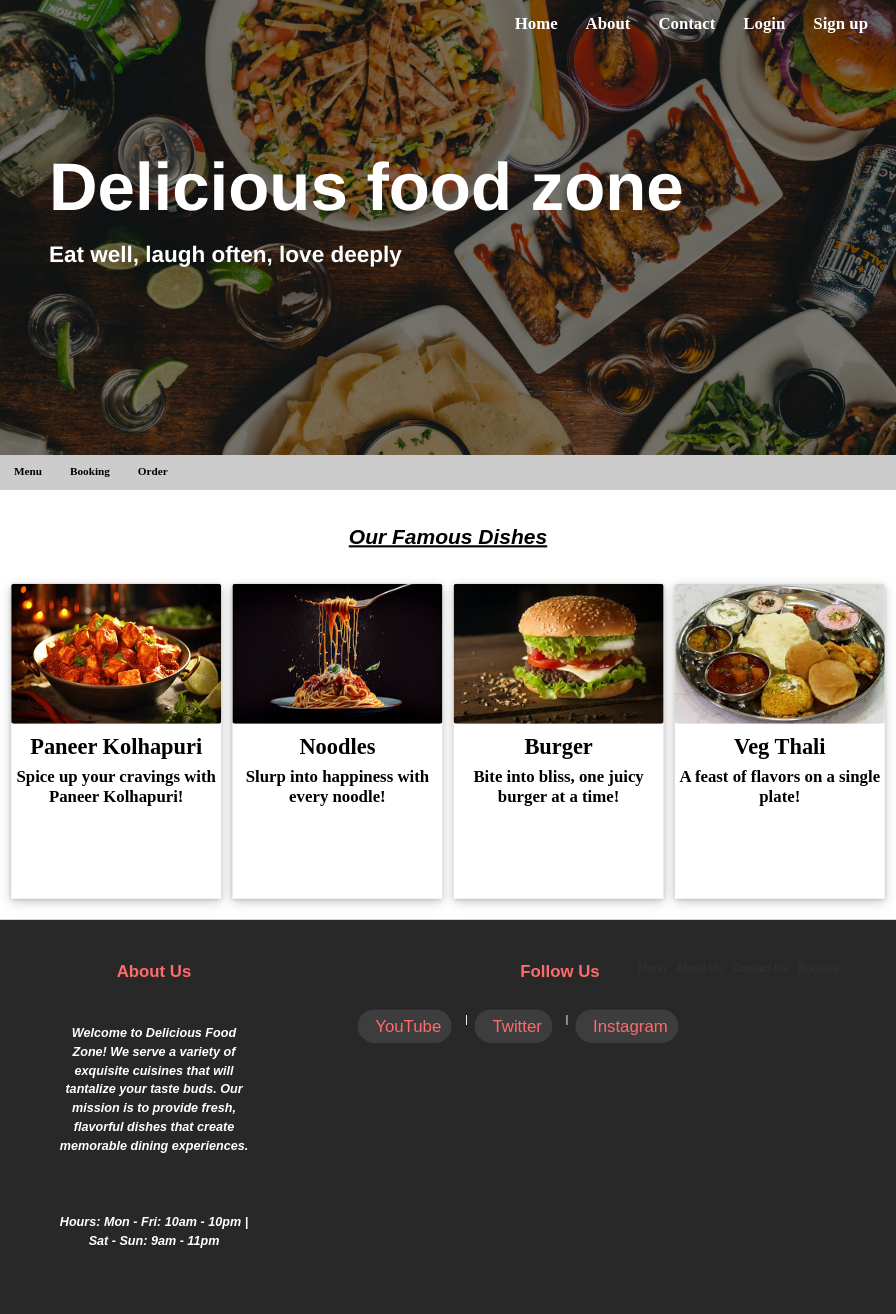
Repository: Shreya-Bonde/Restaurant-management-system
Page: index.html
An editor plug-in stored every save of this project. The page is shown before and after the next save, followed by the edit.
The browser window is 1280 px wide. The pictures show the whole page, at 70% of full size.

Above is the page before, as saved 2024-10-17 17:32:13.

After the next save:
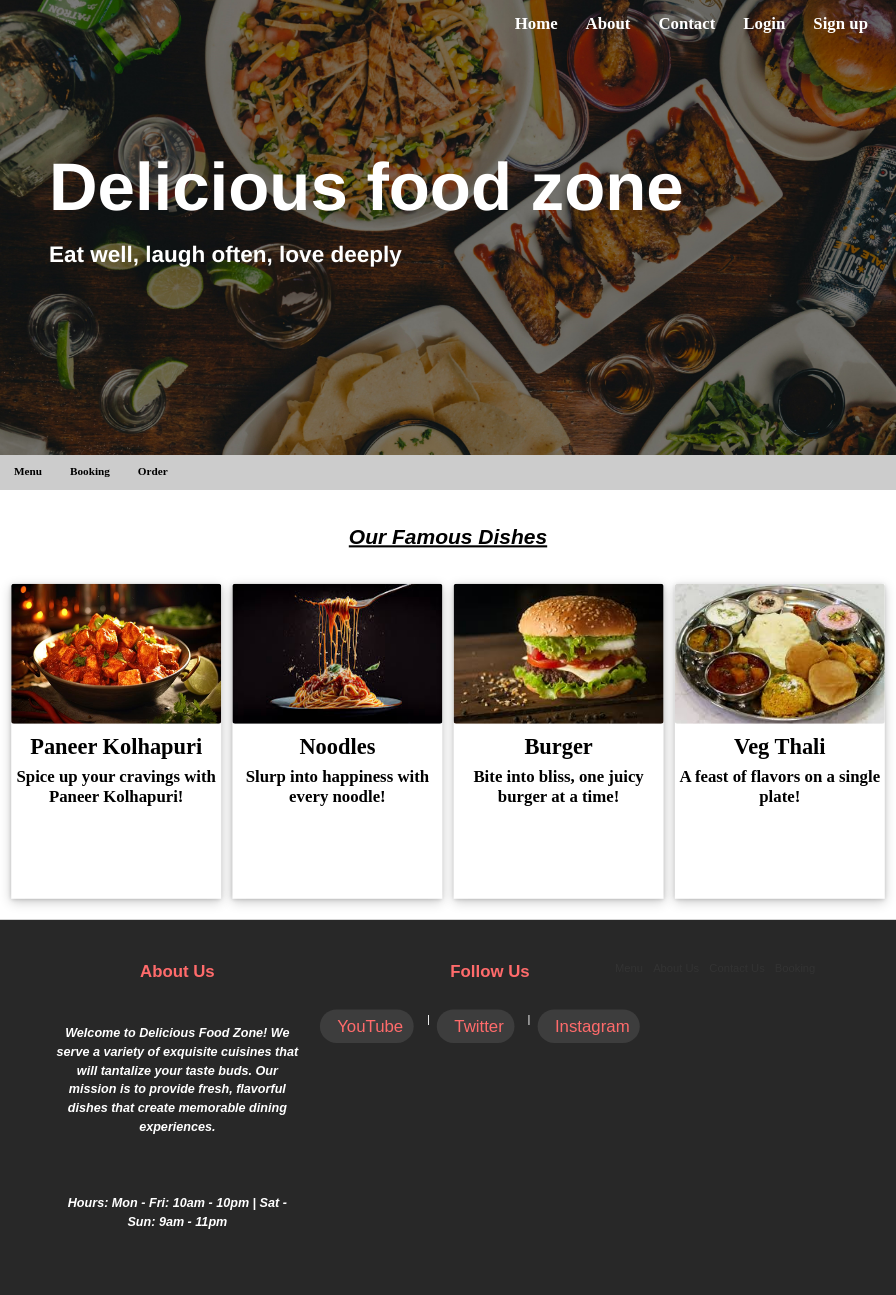
Saved 6 min 45 s later.
--- a/style.css
+++ b/style.css
@@ -191,7 +191,7 @@
 .footer-links a:hover {
     color: #007BFF; /* Hover effect on links */
 }
-.footer-social {
+/* .footer-social {
     margin-left: 200px; /* Adjust this value to shift further or less */
 }
 .footer-social .social-icons {
@@ -252,4 +252,4 @@
     margin-top: 20px;
     font-size: 10px;
     color: #ccc;
-}
+} */

After the save that followed:
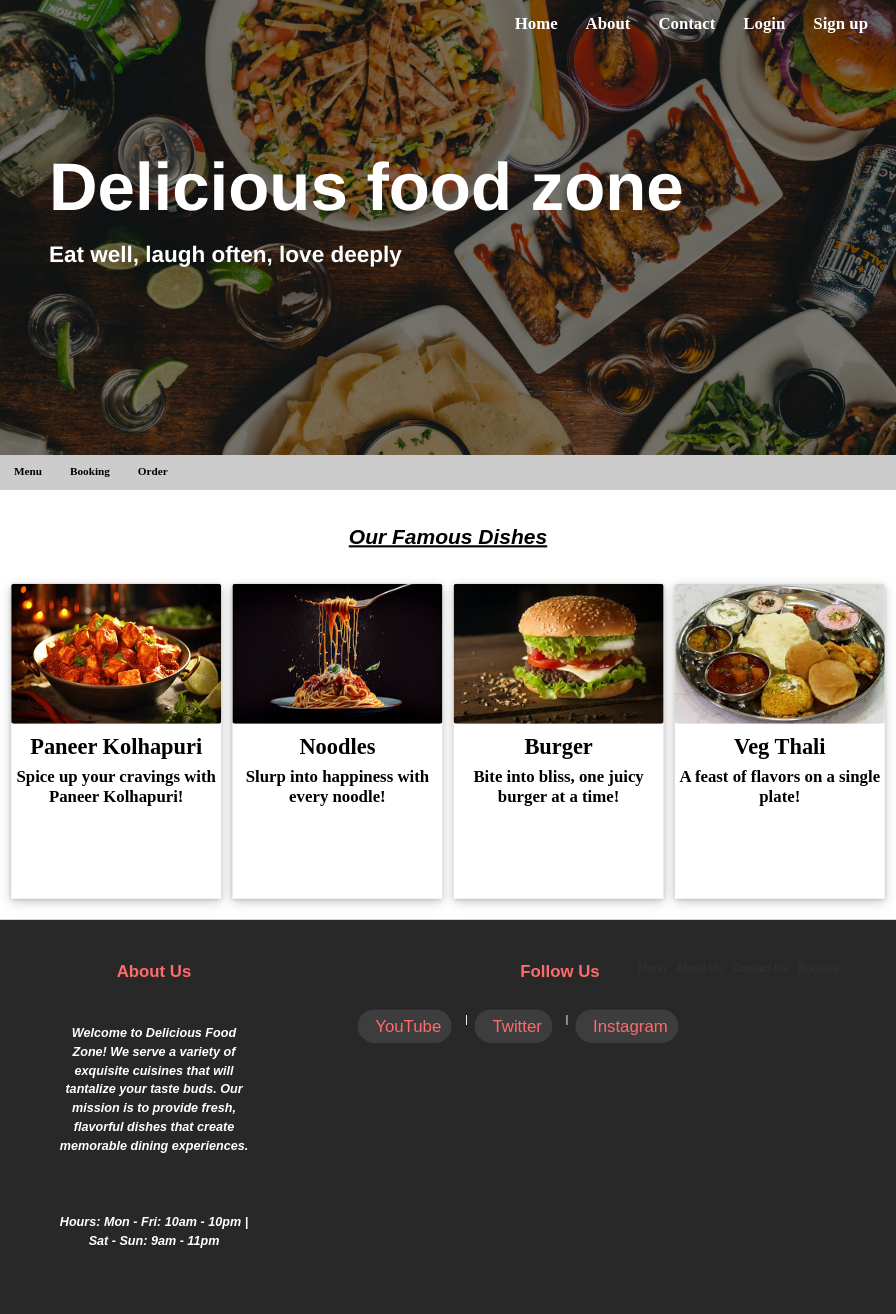
Saved 6 s later.
--- a/style.css
+++ b/style.css
@@ -191,7 +191,7 @@
 .footer-links a:hover {
     color: #007BFF; /* Hover effect on links */
 }
-/* .footer-social {
+.footer-social {
     margin-left: 200px; /* Adjust this value to shift further or less */
 }
 .footer-social .social-icons {
@@ -252,4 +252,4 @@
     margin-top: 20px;
     font-size: 10px;
     color: #ccc;
-} */
+}
